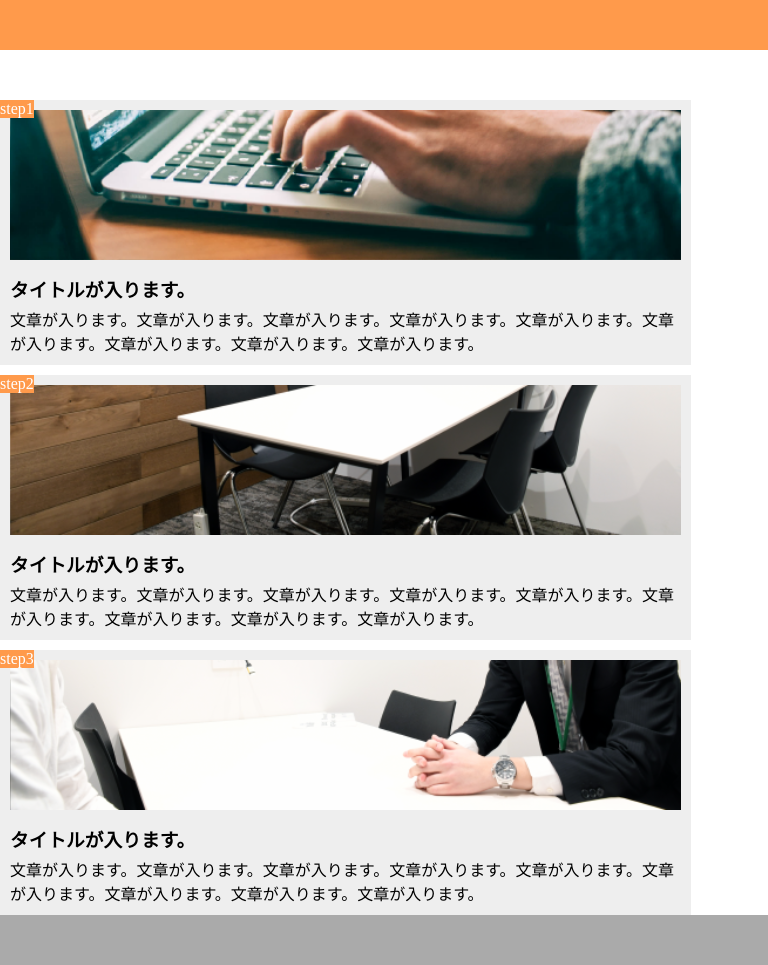
Repository: TsuKou/MainContents
Page: chapter9/ensyuu2/ensyuu2.html
The author's editor kept a record of every edit. The page is drawn from the files as they stood at one moment, then again after the next edit.
The browser window is 768 px wide. The pictures show the whole page.

Above is the page before.

### chapter9/ensyuu2/ensyuu2.html
<!DOCTYPE html>
<html jang="ja">
  <head>
    <meta charset="UTF-8" />
    <link rel="stylesheet" href="ensyuu2.css" />
    <title>9章演習問題2</title>
    <meta name="viewport" content="width=device-width,initial-ccale=1">
  </head>

  <body>
    <header></header>

    <main>
      <div class="box">
        <div class="box-img1"></div>
        <span class="step">step1</span>
        <h3 class="title">タイトルが入ります。</h3>
        <p class="box-text">
          文章が入ります。文章が入ります。文章が入ります。文章が入ります。文章が入ります。文章が入ります。文章が入ります。文章が入ります。文章が入ります。
        </p>
      </div>

     <div class="box">
        <div class="box-img2"></div>
        <span class="step">step2</span>
        <h3 class="title">タイトルが入ります。</h3>
        <p class="box-text">
          文章が入ります。文章が入ります。文章が入ります。文章が入ります。文章が入ります。文章が入ります。文章が入ります。文章が入ります。文章が入ります。
        </p>
      </div>

      <div class="box">
        <div class="box-img3"></div>
        <span class="step">step3</span>
        <h3 class="title">タイトルが入ります。</h3>
        <p class="box-text">
          文章が入ります。文章が入ります。文章が入ります。文章が入ります。文章が入ります。文章が入ります。文章が入ります。文章が入ります。文章が入ります。
        </p>
      </div>

    </main>

    <footer></footer>

  </body>

</html>

### chapter9/ensyuu2/ensyuu2.css
* {
  margin: 0;
  padding: 0;
  box-sizing: border-box;
}

header {
  height: 50px;
  background-color: #ff9a4b;
}

main {
  width: 960px;
  margin: 50px auto;
  display: flex;
}

.box {
  width: 300px;
  margin-right: 30px;
  padding: 10px;
  position: relative;
  background-color: #eee;
}

.box:last-child {
  margin-right: 0;
}
.box-img1 {
  height: 150px;
  background-image: url(img/flow01.png);
  background-position: bottom;
  background-size: cover;
}

.box-img2 {
  height: 150px;
  background-image: url(img/flow02.png);
  background-position: bottom;
  background-size: cover;
}

.box-img3 {
  height: 150px;
  background-image: url(img/flow03.png);
  background-position: bottom;
  background-size: cover;
}

.step {
  position: absolute;
  top: 0;
  left: 0;
  background-color: #ff9a4b;
  color: #ffffff;
}

.title {
  margin: 15px 0 5px 0;
}

footer {
  height: 50px;
  background-color: #aaaaaa;
}

@media screen and (max-width: 768px) {

  main {
    width: 100%;
    display: block;
    margin: 0 auto;
  }

  .box {
    width: 90%;
    margin-top: 10px;
    margin-bottom: 10px;
  }

  .box:first-child {
    margin-top: 50px;
  }

  .box:last-child {
    margin-bottom: 0px;
  }
}

After the next edit:
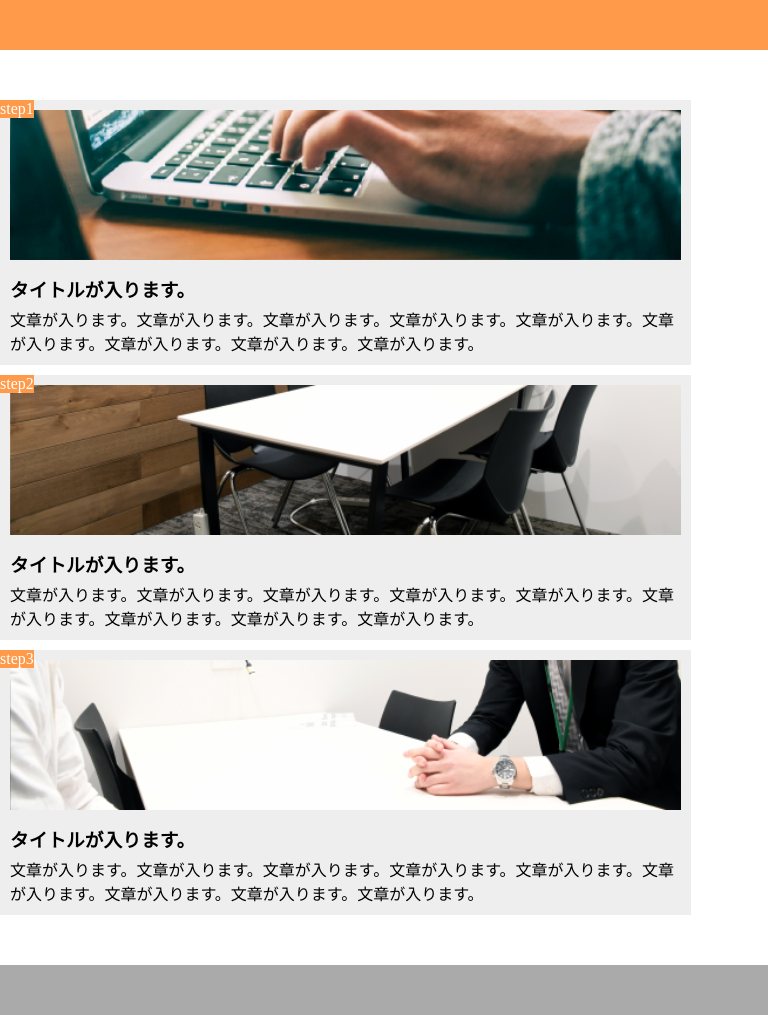
The edit:
--- a/chapter9/ensyuu2/ensyuu2.css
+++ b/chapter9/ensyuu2/ensyuu2.css
@@ -83,6 +83,6 @@
   }
 
   .box:last-child {
-    margin-bottom: 0px;
+    margin-bottom: 50px;
   }
 }
